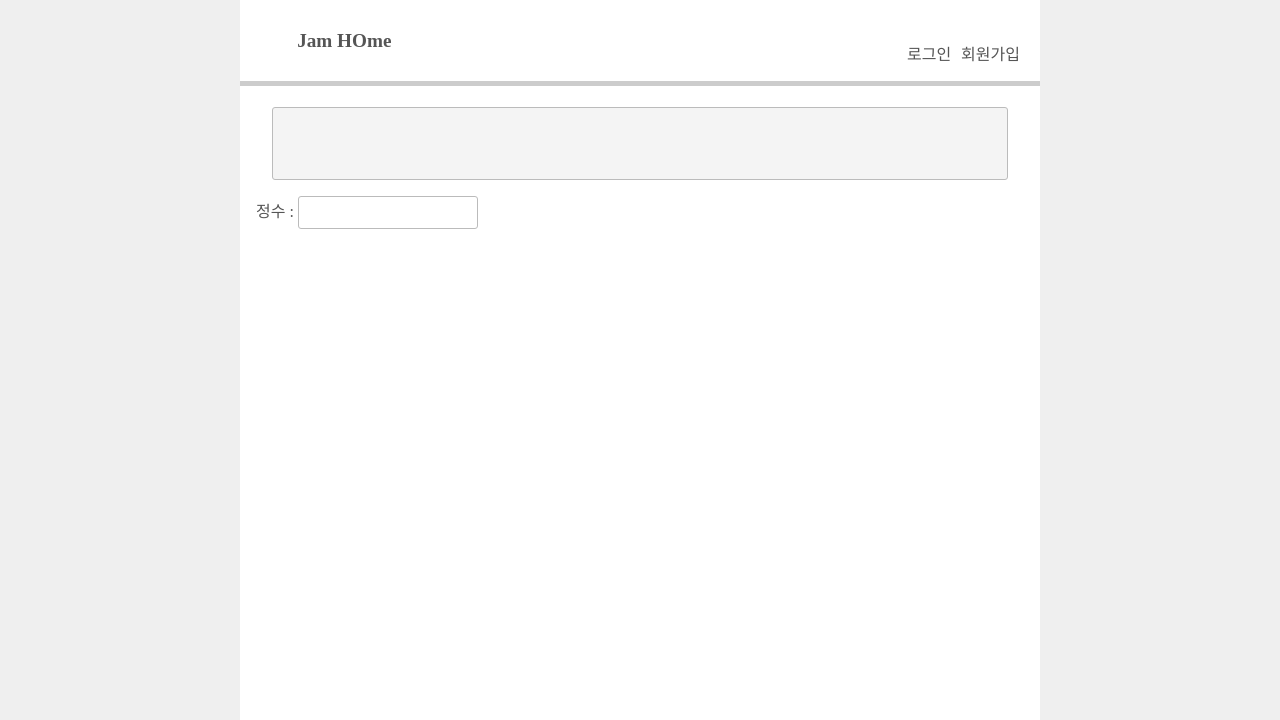
Repository: woals5636/JSPClass
Page: http://localhost/jspPro/days01/ex03_05.jsp
An editor plug-in stored every save of this project. The page is shown before and after a run of saves, followed by the edit.
The browser window is 1280 px wide. The pictures show the whole page.
Some web fonts or font styles are not loaded; a fallback is used. The page is served by Tomcat 9. Other server files are loaded and not shown.

Above is the page before, as saved 2024-10-15 08:17:28.

### jspPro/src/main/webapp/days01/ex03_05.jsp
<%@ page contentType="text/html; charset=UTF-8" pageEncoding="UTF-8"%>
<%
// int num = request.getParameter("num")==null?0:Integer.parseInt(request.getParameter("num"));
	String pNum = request.getParameter("num");
	int num = 0;
	if( pNum != null ){
		num = Integer.parseInt(request.getParameter("num"));
	}
%>
<!DOCTYPE html>
<html>
<head>
<meta charset="UTF-8">
<title>Insert title here</title>
<link rel="shortcut icon" type="image/x-icon" href="http://localhost/jspPro/images/SiSt.ico">
<script src="https://ajax.googleapis.com/ajax/libs/jquery/3.7.1/jquery.min.js"></script>
<meta name="viewport" content="width=device-width, initial-scale=1.0">
<meta name="google" content="notranslate">
<link rel="stylesheet" href="http://localhost/jspPro/resources/cdn-main/example.css">
<script src="http://localhost/jspPro/resources/cdn-main/example.js"></script>
<style>
 span.material-symbols-outlined{
    vertical-align: text-bottom;
 }
</style>
</head>
<body>
<header>
  <h1 class="main"><a href="#" style="position: absolute;top:30px;">Jam HOme</a></h1>
  <ul>
    <li><a href="#">로그인</a></li>
    <li><a href="#">회원가입</a></li>
  </ul>
</header>
<div>
  <xmp class="code">

  </xmp>

  정수 : <input type="text" id="num" autofocus="autofocus"><br>
  <p id="demo">
  		<%
	  	if( pNum != null ){
			int sum = 0;
			for(int i = 1; i <= num ; i++){
				sum+=i;
   		%>
		<%= i %>
		+
		<% }  %>
		=
		<%= sum %>
		<% } %>
  </p>

</div>
<script>
$("#num")
.css("text-align","center")
.on({
	"keydown":function(e){
		 if ( !(e.which >= 48 && e.which <= 57
	              || e.which == 8
	              || e.which == 13
	              || e.which == 229
	          )){
			 alert("숫자만 입력하세요.");
			 e.preventDefault();
		 }
	},
     "keyup":function (e){
         if( event.which == 13){
        	 // js BOM
        	 let numValue = $("#num").val();
        	 location.href=`ex03_05.jsp?num=\${numValue}`;
         } // if
       }
    });
</script>
</body>
</html>

### jspPro/src/main/webapp/resources/cdn-main/example.css
@charset "UTF-8";

@import url('https://fonts.googleapis.com/css2?family=Material+Symbols+Outlined:opsz,wght,FILL,GRAD@20..48,100..700,0..1,-50..200');

@font-face {
    font-family: 'GmarketSansMedium';
    src: url('https://cdn.jsdelivr.net/gh/projectnoonnu/noonfonts_2001@1.1/GmarketSansMedium.woff') format('woff');
    font-weight: normal;
    font-style: normal;
}

:root {
	--text-color: #555;
	--sub-text-color: #777;
	--back-color: #EFEFEF;
	--header-color: #444;
	--primary-color: #DEDEDE;
	--secondary-color: #EFEFEF;
	--default-width: 800px;
	--narrow-width: 500px;
	--wide-width: 1200px;
	--text-font: 'GmarketSansMedium';
	--icon-font: 'Material Symbols Outlined';
	--border-color: #CCC;
}

html, body {
	margin: 0;
	padding: 0;
}

html {
	background-color: var(--back-color);
	display: flex;
	justify-content: center;
	min-height: 100vh;
}

body, body.default {
	width: var(--default-width);
	background-color: white;
	padding-bottom: 120px;
}

body.wide {
	width: var(--wide-width);
}

body.narrow {
	width: var(--narrow-width);
}



body, p, div, span, a, input, select, option, textarea, button, table, th, td, label, fieldset, legend {
	font-family: var(--text-font);
	color: var(--text-color);
}

h1, h2, h3 {
	font-family: var(--text-font);
	color: var(--header-color);
	padding: 0 1rem;
	padding-top: .5rem;
}

div > h1, div > h2, div > h3 {
	padding: 0;
}

body > div, body > main > div {
	padding: 0.3rem 1rem;
}


h1 { font-size: 2rem; border-bottom: 1px solid var(--border-color); }
h1 small { font-size: 1.2rem; color: var(--sub-text-color); }
h2 { font-size: 1.5rem; border-bottom: 1px dashed var(--border-color); }
h2 small { font-size: 1.1rem; color: --sub-text-color; }
h3 { font-size: 1.2rem; }
h3 small { font-size: 1rem; color: --sub-text-color; }



h1.main::before {
	font-family: var(--icon-font);
  	content: '\e666';
  	margin-right: 10px;
  	float: left;
	font-size: 2.5rem;
}

h1.sub::before {
	font-family: var(--icon-font);
  	content: '\ea19';
  	margin-right: 10px;
  	float: left;
	font-size: 2.5rem;
}


h1.page::before {
	font-family: var(--icon-font);
  	content: '\e0e0';
  	margin-right: 10px;
  	float: left;
	font-size: 2.5rem;
}

body > header > ul > li > .active{
	background-color: #FFF;
	color:#F00;
}

body > header {
	display: flex;
	justify-content: space-between;
	border-bottom: 5px solid var(--border-color);
	min-height: 74px;
	background-color: #FFF;
}

body > header.sticky {
	position: sticky;
	top: 0;
	z-index: 98;
}

body > header > h1 {
	font-size: 1.2rem;
	border: 0;
}

body > header.in > h1::before {
	font-family: var(--icon-font);
  	content: '\e332‥';
  	margin-right: 3px;
  	float: left;
	font-size: 2rem;
}


body > header > ul {
	list-style-type: none;
	display: flex;
	align-items: flex-end;
	margin-right: 10px;
}

body > header > ul > li {
	margin-right: 10px;
	cursor: pointer;
}

body > header > ul > li > a {
	cursor: pointer;
}


form {
	display: block;
}

form > div {
	padding: 0.3rem 1rem;
}

div > form > div {
	padding: 0.3rem 0;
}

input, textarea, button, select {
	border: 1px solid #BBB;
	border-radius: 3px;
	outline: none;
	resize: none;
	padding: 7px;
	margin: 0;
}

input[type=text]:read-only, textarea:read-only {
	cursor: not-allowed;
	background-color: #FFF;
}

input[type=text]:disabled, textarea:disabled {
	cursor: not-allowed;
	background-color: #EEE;
}

input[type=text], input[type=password], textarea, button, select {
	/* width: 300px; */
}

textarea {
	display: block;
	height: 100px;
}

input[type=button], input[type=submit], button {
	/* width: inherit; */
}

input.short, textarea.short, button.short, select.short {
	width: 100px;
}

input.long, textarea.long, button.long, select.long {
	width: 350px;
}

.narrow input.long, .narrow textarea.long, .narrow button.long, .narrow select.long {
	width: calc(100% - 20px);
}

input.full, textarea.full, button.full, select.full {
	width: calc(100% - 20px);
}

textarea.short {
	height: 50px;
}

textarea.long {
	height: 100px;
}

textarea.full {
	height: 200px;
}

input, textarea {
	padding-top: 8px;
}

input[type=button], input[type=submit], button {
	padding: 5px 10px;
	background-color: var(--secondary-color);
	cursor: pointer;
	min-height: 36px;
}

input[type=button].primary, input[type=submit].primary, button.primary {
	/* background-color: rgba(100, 149, 237, .2); */
	background-color: var(--primary-color);
}

input[type=button].primary:hover, input[type=submit].primary:hover, button.primary:hover {
	/* background-color: rgba(100, 149, 237, .3); */
	background-color: var(--secondary-color);
}

input[type=button]:hover, input[type=submit]:hover, button:hover {
	background-color: var(--primary-color);
}

button {
	position: relative;
	left: 0;
	top: 0;
	padding-left: 35px;
}

button .material-symbols-outlined {
	position: absolute;
	left: 10px;
	top: 4px;
}

/* k2nik add */
button.login::before {
	font-family: var(--icon-font);
  	content: '\ea77';
	position: absolute;
	left: 11px;
	top: 4px;
	font-size: 1.25rem;
}

/* k2nik logout */
button.logout::before {
	font-family: var(--icon-font);
  	content: '\e9ba';
	position: absolute;
	left: 11px;
	top: 4px;
	font-size: 1.25rem;
}

/* k2nik help */
button.help::before {
	font-family: var(--icon-font);
  	content: '\f1c0';
	position: absolute;
	left: 11px;
	top: 4px;
	font-size: 1.25rem;
}

button.add::before{
	font-family: var(--icon-font);
  	content: '\e746';
	position: absolute;
	left: 11px;
	top: 4px;
	font-size: 1.25rem;
}

button.back::before {
	font-family: var(--icon-font);
  	content: '\e166';
	position: absolute;
	left: 11px;
	top: 4px;
	font-size: 1.25rem;
}

button.list::before {
	font-family: var(--icon-font);
  	content: '\e0ee';
	position: absolute;
	left: 11px;
	top: 4px;
	font-size: 1.25rem;
}


button.del::before {
	font-family: var(--icon-font);
  	content: '\e872';
	position: absolute;
	left: 11px;
	top: 4px;
	font-size: 1.25rem;
}


button.edit::before {
	font-family: var(--icon-font);
  	content: '\e745';
	position: absolute;
	left: 11px;
	top: 4px;
	font-size: 1.25rem;
}


button.login::before {
	font-family: var(--icon-font);
  	content: '\ea77';
	position: absolute;
	left: 11px;
	top: 4px;
	font-size: 1.25rem;
}


button.logout::before {
	font-family: var(--icon-font);
  	content: '\e9ba';
	position: absolute;
	left: 11px;
	top: 4px;
	font-size: 1.25rem;
}


button.in::before {
	font-family: var(--icon-font);
  	content: '\f71a';
	position: absolute;
	left: 11px;
	top: 4px;
	font-size: 1.25rem;
}


button.out::before {
	font-family: var(--icon-font);
  	content: '\f70e';
	position: absolute;
	left: 11px;
	top: 4px;
	font-size: 1.25rem;
}


button.reply::before {
	font-family: var(--icon-font);
  	content: '\e15e';
	position: absolute;
	left: 11px;
	top: 4px;
	font-size: 1.25rem;
}


button.comment::before {
	font-family: var(--icon-font);
  	content: '\e0b9';
	position: absolute;
	left: 11px;
	top: 4px;
	font-size: 1.25rem;
}


button.modal::before {
	font-family: var(--icon-font);
  	content: '\e89e';
	position: absolute;
	left: 11px;
	top: 4px;
	font-size: 1.25rem;
}


button.ok::before {
	font-family: var(--icon-font);
  	content: '\e86c';
	position: absolute;
	left: 11px;
	top: 4px;
	font-size: 1.25rem;
}


button.cancel::before {
	font-family: var(--icon-font);
  	content: '\e5c9';
	position: absolute;
	left: 11px;
	top: 4px;
	font-size: 1.25rem;
}

button.search::before {
	font-family: var(--icon-font);
  	content: '\e8b6';
	position: absolute;
	left: 11px;
	top: 4px;
	font-size: 1.25rem;
}

button.home::before {
	font-family: var(--icon-font);
  	content: '\e88a';
	position: absolute;
	left: 11px;
	top: 4px;
	font-size: 1.25rem;
}


button.sidebar::before {
	font-family: var(--icon-font);
  	content: '\f7e4';
	position: absolute;
	left: 11px;
	top: 4px;
	font-size: 1.25rem;
}


button.sidebar-right::before {
	font-family: var(--icon-font);
  	content: '\f7e5';
	position: absolute;
	left: 11px;
	top: 4px;
	font-size: 1.25rem;
}




button::before {
	font-family: var(--icon-font);
  	content: '\e323';
	position: absolute;
	left: 11px;
	top: 4px;
	font-size: 1.25rem;
}


table {
	border-collapse: collapse;
	margin: 1rem;
	box-sizing: border-box;
	width: calc(100% - 32px);
}

table.content {
	width: auto;
}

div > table {
	margin: 0;
}

table th, table td {
	border: 1px solid var(--border-color);
	padding: 7px;
	font-weight: normal;
}

table th {
	background-color: var(--back-color);
}

table.vertical th {
	width: 150px;
}

table.vertical td {
	width: calc(100% - 182px);
	padding-left: 10px;
}

table.content td, table.content th {
	width: auto;
}

body.narrow table.vertical th {
	width: 100px;
}

body.narrow table.vertical td {
	width: calc(100% - 182px);
}


table + table {
	margin-top: 30px;
}


p {
	padding: 0 1rem;
}

a {
	text-decoration: none;
}

a:hover {
	color: rgba(255, 99, 71, .7);
}

hr {
	border: 0;
	border-top: 1px solid var(--border-color);
	margin: 2rem 0;
}

.message {
	border: 1px solid var(--border-color);
	background-color: #EFEFEF;
	margin: 1rem;
	width: auto;
	padding-top: 10px;
	padding-bottom: 10px;
	font-size: 14px;
}

.message[title]::before {
	content: attr(title);
	display: block;
	border-bottom: 1px solid var(--border-color);
	padding-bottom: 5px;
	margin-bottom: 10px;
	margin-top: 7px;
}

.message.short {
	max-width: 250px;
}

.message.long {
	max-width: 500px;
}

.badge {
	float: right;
	font-size: .8rem;
	margin-top: 2px;
	margin-right: 2px;
	text-shadow: 0 0 7px gray;
}

.badge.left {
	float: none;
	margin-left: 2px;
}

.badge.right {
	float: right;
}

.badge.red {
	border-radius: 50%;
	padding: 2px 5px;
	background-color: rgb(255, 99, 71, .3);
}

.badge.yellow {

	border-radius: 50%;
	padding: 2px 5px;
	background-color: rgb(255, 215, 0, .5);
}

.badge.blue {
	border-radius: 50%;
	padding: 2px 5px;
	background-color: rgb(100, 149, 237, .3);
}

label + label {
	margin-left: 7px;
}

label input[type=checkbox], label input[type=radio] {
	transform: translate(0, 1px);
}

.group {
	display: flex;
}

.modal-content .group {
	margin-bottom: .5rem;
}

.group label {
	border: 1px solid #BBB;
	border-radius: 3px;
	outline: none;
	resize: none;
	padding: 7px 14px;
	margin: 0;
	border-top-right-radius: 0;
	border-bottom-right-radius: 0;
	background-color: #EFEFEF;
	white-space: nowrap;
	font-size: 14px;
}

.group input[type=text] {
	margin-left: -1px;
	border-top-left-radius: 0;
	border-bottom-left-radius: 0;
}

.group select {
	margin-left: -1px;
	border-top-left-radius: 0;
	border-bottom-left-radius: 0;
}

.group input.full[type=text] {
	margin-left: -1px;
	border-top-left-radius: 0;
	border-bottom-left-radius: 0;
	width: 100%;
}

.group input[type=button]:first-child, .group button:first-child {
	border-top-left-radius: 3px;
	border-bottom-left-radius: 3px;
	margin-left: 0px;
}

.group input[type=button], .group button {
	border-radius: 0;
	margin-left: -1px;
}

.group input[type=button]:last-child, .group button:last-child {
	margin-left: -1px;
	border-top-right-radius: 3px;
	border-bottom-right-radius: 3px;
}

.seperate {
	display: flex;
	justify-content: space-between;
}

div.list {
	width: max-content;
	margin: 1rem;
	border: 1px solid #BBB;
	border-radius: 3px;
	padding: 0;
}

div.list.full {
	width: auto;
	display: block;
	margin: 1rem;
	border: 1px solid #BBB;
	border-radius: 3px;
	padding: 0;
}

div.list > div {
	padding: .5rem 1rem;
	margin: 0;
	border-bottom: 1px solid #BBB;
}

div.list > div:last-child {
	border-bottom: 0;
}

pre.code , xmp.code{
	font-family: consols;
	background-color: rgba(150, 150, 150, .1);
	border: 1px solid #BBB;
	border-radius: 3px;
	padding: .5rem 1rem;
	padding-bottom: .6rem;
	margin: 1rem;
}




*[data-modal-window] {
	position: fixed;
	background-color: rgba(0, 0, 0, .3);
	left: 0;
	top: 0;
	display: none;
	justify-content: center;
	align-items: flex-start;
	width: 100%;
	min-height: 100vh;
	z-index: 100;
	opacity: 0;
	transition: 500ms all;
}

*[data-modal-window] .modal-container {
	border-radius: 5px;
	padding: 1rem;
	padding-bottom: .5rem;
	margin-top: -500px;
	opacity: 0;
	width: 500px;
	background-color: #FFF;
	margin-right: 2rem;
	transition: 500ms all;
}

*[data-modal-size=content] .modal-container {
	width: auto;
}

*[data-modal-size=narrow] .modal-container {
	width: 300px;
}

*[data-modal-size=wide] .modal-container {
	width: 760px;
}


*[data-modal-window] .modal-header {
	border-bottom: 1px solid var(--border-color);
	padding: 2px 5px;
}

*[data-modal-window] .modal-content {
	padding: 1rem 5px;
}

*[data-modal-window] .modal-content div:last-child {
	margin-top: 1rem;
	text-align: right;
}



*[data-sidebar-window] {
	position: fixed;
	background-color: #FFF;
	left: 0;
	top: 0;
	display: block;
	width: 300px;
	border-right: 1px solid var(--border-color);
	box-sizing: border-box;
	box-shadow: 0 0 3px var(--back-color);
	min-height: 100vh;
	z-index: 99;
	transform: translate(-300px, 0);
	transition-duration: 500ms;
	transition-property: transform;
}

*[data-sidebar-direction=right] {
	left: auto;
	right: 0;
	transform: translate(300px, 0);
	border-left: 1px solid var(--border-color);
}

*[data-sidebar-size=wide] {
	width: 500px;
	transform: translate(-500px, 0);
}

*[data-sidebar-window] .sidebar-title {
	border-bottom: 1px solid var(--border-color);
	margin-top: 20px;
	margin-bottom: 20px;
	padding-bottom: 5px;
	display: flex;
	justify-content: space-between;
}

*[data-sidebar-window] .sidebar-title span:last-child {
	cursor: pointer;
}


/* K2Nik pagination */
.center {
  text-align: center;
}

.pagination {
  display: inline-block;
}

.pagination a {
  color: black;
  float: left;
  padding: 3px 6px;
  text-decoration: none;
  transition: background-color .3s;
  border: 1px solid #ddd;
  margin: 0 3px;
}

.pagination a.active {
  background-color: #4CAF50;
  color: white;
  border: 1px solid #4CAF50;
}

.pagination a:hover:not(.active) {background-color: #ddd;}

### jspPro/src/main/webapp/resources/cdn-main/example.js

window.onload = () => {

    const list = document.querySelectorAll('input, textarea');

    list.forEach(item => {
        item.setAttribute('autocomplete', 'off');
    });


    const modal_btn_list = document.querySelectorAll('*[data-modal-button]');

    modal_btn_list.forEach(item => {
        item.onclick = function() {

            const name = this.dataset['modalButton'];
            const modal_window = document.querySelector('*[data-modal-window=' + name);

            const container = document.createElement('div');
            container.className = 'modal-container';



            const modal_header = document.createElement('div');
            modal_header.textContent = modal_window.dataset['modalTitle'];
            modal_header.className = 'modal-header';
            container.appendChild(modal_header);

            const modal_content = document.createElement('div');
            modal_content.className = 'modal-content';
            container.appendChild(modal_content);

            Array.from(modal_window.childNodes).forEach(item => {
                modal_content.appendChild(item);
            });

            modal_window.appendChild(container);

            modal_window.style.display = 'flex';

            setTimeout(() => {
                modal_window.style.opacity = 1;
                container.style.marginTop = '20px';
                container.style.opacity = 1;
            }, 50);


            const modal_ok = document.querySelector('*[data-modal-ok=' + name);
            modal_ok.addEventListener('click', function() {
                modal_window.style.opacity = 0;
                container.style.marginTop = '-500px';
                container.style.opacity = 0;

                setTimeout(() => {
                    modal_window.innerHTML = modal_content.innerHTML;
                    modal_window.style.display = 'none';
                }, 500);

            });

            const modal_cancel = document.querySelector('*[data-modal-cancel=' + name);
            modal_cancel.addEventListener('click', function() {

                modal_window.style.opacity = 0;
                container.style.marginTop = '-500px';
                container.style.opacity = 0;

                setTimeout(() => {
                    modal_window.innerHTML = modal_content.innerHTML;
                    modal_window.style.display = 'none';
                }, 500);
            });


        };
    });


    const sidebar_btn_list = document.querySelectorAll('*[data-sidebar-button]');

    sidebar_btn_list.forEach(item => {
        item.onclick = function() {



            const name = this.dataset['sidebarButton'];
            const sidebar_window = document.querySelector('*[data-sidebar-window=' + name);

            if (sidebar_window.style.transform == 'translate(0px, 0px)') return;



            sidebar_window.style.transform = 'translate(0, 0)';

            const sidebar_title = document.createElement('div');
            sidebar_title.className = 'sidebar-title';
            sidebar_title.innerHTML = '<span>' + sidebar_window.dataset['sidebarTitle'] + '</span><span class="material-symbols-outlined">close</span>';

            sidebar_title.children[1].onclick = function() {

                let sign = 1;
                let distance = 300;

                if (sidebar_window.dataset['sidebarDirection'] != 'right') {
                    sign = -1;
                } else {
                    sign = 1;
                }

                if (sidebar_window.dataset['sidebarSize'] != 'wide') {
                    distance = 300;
                } else {
                    distance = 500;
                }

                distance *= sign;

                sidebar_window.style.transform = 'translate(' + distance + 'px, 0)';

                setTimeout(function() {
                    sidebar_window.removeChild(sidebar_window.children[0]);
                }, 500);
            };


            sidebar_window.prepend(sidebar_title);

        }
    });

};

// window.onkeydown = function(event) {

//     if (event.keyCode == 27) {
//         if (document.querySelector('[data-modal-window').style.display == 'flex') {
//             document.querySelector('[data-modal-window').style.display = 'none';
//         }
//     }

// };

After the next 2 saves:
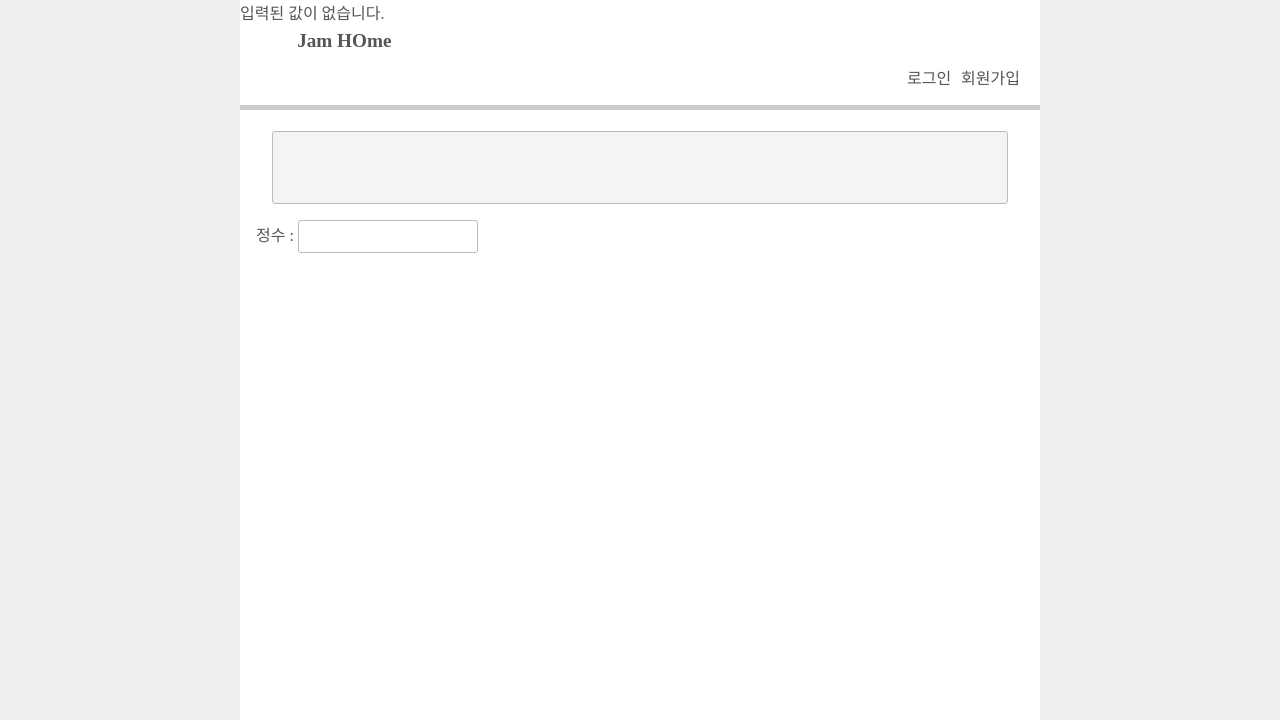
The 2 saves are shown as one change because they came seconds apart.
The last was saved 59 s later.
--- a/jspPro/src/main/webapp/days01/ex03_05.jsp
+++ b/jspPro/src/main/webapp/days01/ex03_05.jsp
@@ -2,9 +2,17 @@
 <%
 // int num = request.getParameter("num")==null?0:Integer.parseInt(request.getParameter("num"));
 	String pNum = request.getParameter("num");
-	int num = 0;
-	if( pNum != null ){
-		num = Integer.parseInt(request.getParameter("num"));
+	int num = 0; // 기본값을 0으로 설정
+	try {
+	    if (pNum != null && !pNum.isEmpty()) {
+	        num = Integer.parseInt(pNum);
+	    } else {
+	        // 값이 없을 때 처리 (예: 알림 메시지)
+	        out.println("입력된 값이 없습니다.");
+	    }
+	} catch (NumberFormatException e) {
+	    // 숫자가 아닌 값이 입력되었을 때 처리
+	    out.println("유효한 숫자를 입력하세요.");
 	}
 %>
 <!DOCTYPE html>

After the save that followed:
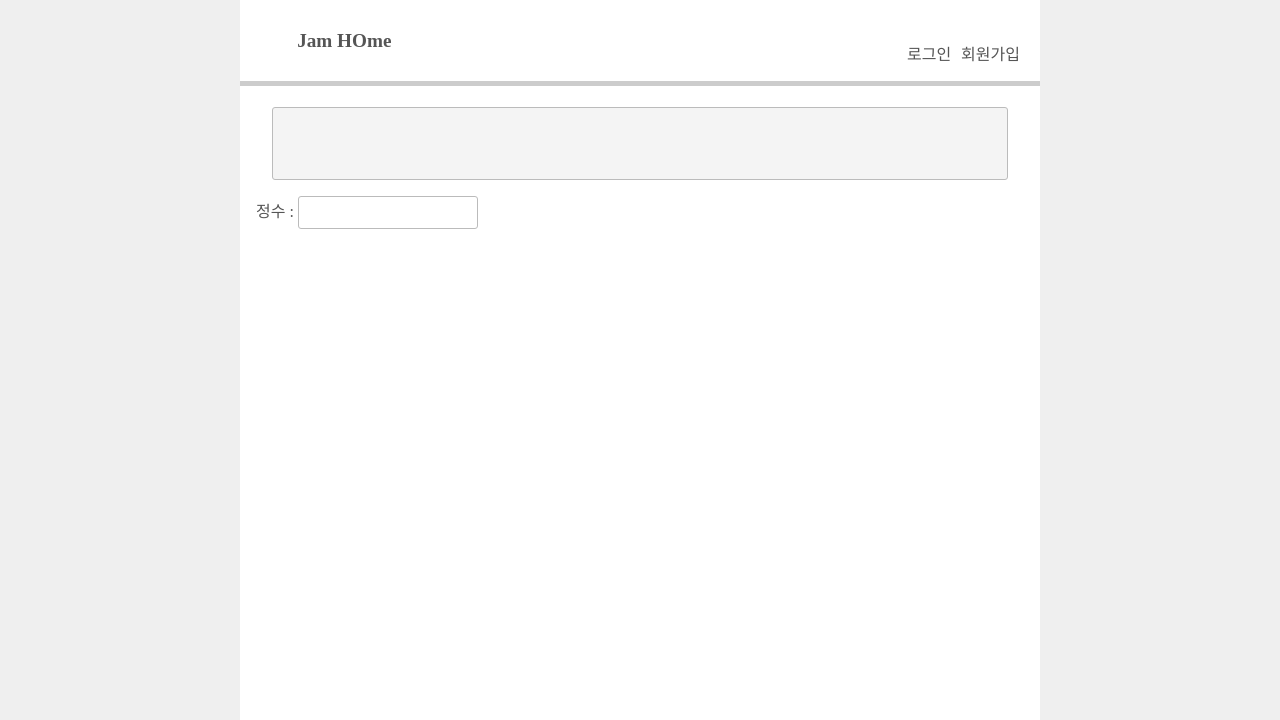
Saved 62 s later.
--- a/jspPro/src/main/webapp/days01/ex03_05.jsp
+++ b/jspPro/src/main/webapp/days01/ex03_05.jsp
@@ -2,17 +2,9 @@
 <%
 // int num = request.getParameter("num")==null?0:Integer.parseInt(request.getParameter("num"));
 	String pNum = request.getParameter("num");
-	int num = 0; // 기본값을 0으로 설정
-	try {
-	    if (pNum != null && !pNum.isEmpty()) {
-	        num = Integer.parseInt(pNum);
-	    } else {
-	        // 값이 없을 때 처리 (예: 알림 메시지)
-	        out.println("입력된 값이 없습니다.");
-	    }
-	} catch (NumberFormatException e) {
-	    // 숫자가 아닌 값이 입력되었을 때 처리
-	    out.println("유효한 숫자를 입력하세요.");
+	int num = 0;
+	if( pNum != null ){
+		num = Integer.parseInt(request.getParameter("num"));
 	}
 %>
 <!DOCTYPE html>
